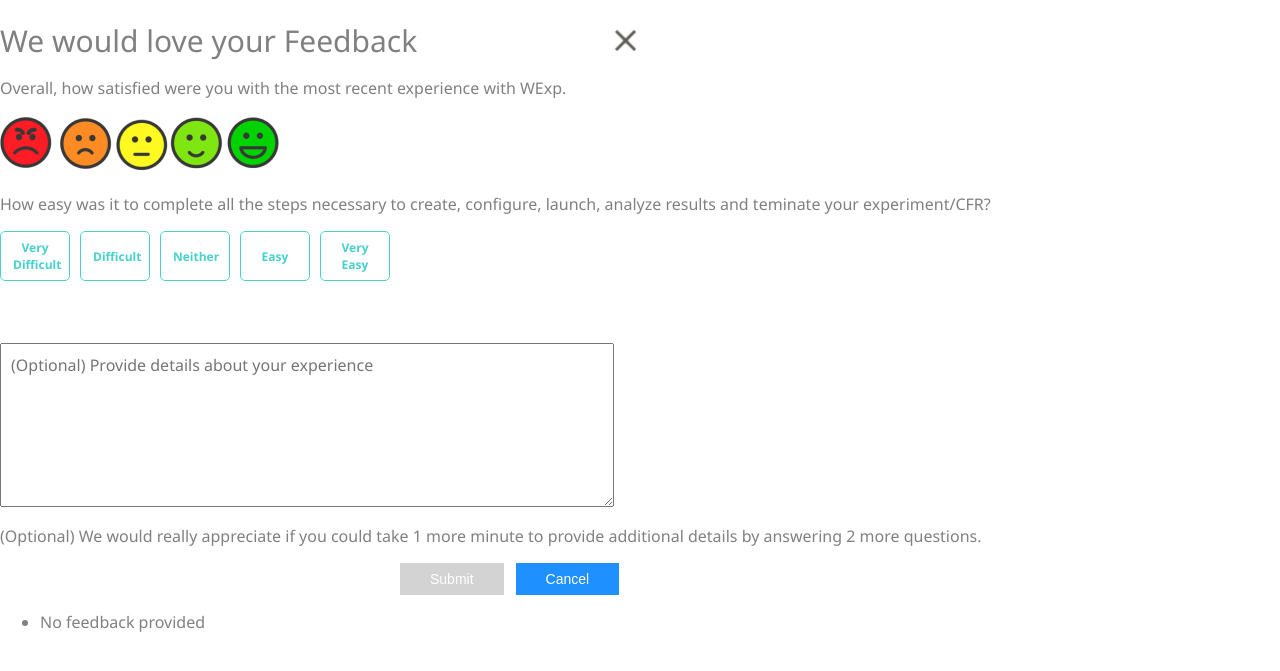
Repository: msfinnan/react-mobx-feedback-form
Page: /
An editor plug-in stored every save of this project. The page is shown before and after the next save, followed by the edit.
The browser window is 1280 px wide. The pictures show the whole page.
The project was rebuilt for these pictures with package versions that can differ from the ones it lists, and the page was loaded fresh each time.

Above is the page before, as saved 2019-08-27 09:59:58.

### src/index.tsx
import * as React from 'react';
import * as ReactDOM from 'react-dom';
import './index.css';
import App from './App';
import * as serviceWorker from './serviceWorker';

ReactDOM.render(<App inputNameFromChild=""/>, document.getElementById('root'));

// If you want your app to work offline and load faster, you can change
// unregister() to register() below. Note this comes with some pitfalls.
// Learn more about service workers: https://bit.ly/CRA-PWA
serviceWorker.unregister();

### src/App.tsx
import * as React from 'react';
import './App.css';
import './Components/BodyText';
// import BodyText from './Components/BodyText';
import { EmojiCollection } from './Components/EmojiCollection';
import { DifficultyButtonCollection } from './Components/DifficultyButtonCollection';
import { SubmissionButtonCollection } from './Components/SubmissionButtonCollection';
import { BodyText } from './Components/BodyText';
import { CommentBox } from './Components/CommentBox';
import { observer } from 'mobx-react';
import { observable } from 'mobx';


type AppProps = {
  inputNameFromChild: string
}

@observer
class App extends React.Component<AppProps, {}> {
@observable private inputNameFromChild: string
  constructor(props: AppProps){
    super(props)
    this.inputNameFromChild = ""

  }
  private feedbackText: string = "No feedback provided";

  // const closeButton = require('./images/close_button.PNG');



  private myCallBack = (dataFromChild: string): string => {
    return this.inputNameFromChild = dataFromChild
  }

  private handleSubmitEvent = (event: React.FormEvent<HTMLFormElement>): void => {
    let bodyTextInput = this.myCallBack;
    console.log(bodyTextInput)
    console.log("submission button clicked")
    this.feedbackText = (event.target as any).bodyTextInput.value;
  }

  public render() {
    return (
      <div className="app">
        <div className="top-row">
          <h1 className="header">
            We would love your Feedback
        </h1>
          <img className="close-button" src={require('./images/close_button.PNG')} alt="close button" />
        </div>

        <form>
          <BodyText text="Overall, how satisfied were you with the most recent experience with WExp." />
          <EmojiCollection />
          <BodyText text="How easy was it to complete all the steps necessary to create, configure, launch, analyze results and teminate your experiment/CFR?" />
          <DifficultyButtonCollection />
          <CommentBox text="(Optional) Provide details about your experience" callBackFromParent={this.myCallBack} commentBoxClassName="experince-details-textbox"/>
          <BodyText text="(Optional) We would really appreciate if you could take 1 more minute to provide additional details by answering 2 more questions."/>
          <SubmissionButtonCollection onClick={event => this.handleSubmitEvent(event)} />
        </form>

        <ul>
          <li>{this.feedbackText}</li>
        </ul>


      </div>
    );
  }
}

export default App;

### src/App.css
.app {
    font-family: 'Segoe UI', Tahoma, Verdana, sans-serif;
    font-weight: 500;
    color: grey;
}

.form {
    border: solid dodgerblue 2px;
    padding: 0px 20px 30px 20px;
    width: 625px;
    margin-top: 20px;
    margin-bottom: 20px;
}

.top-row {
    display: flex;
}

.header {
    font-weight: normal;
    font-size: 30px;
    margin-bottom: 0px;
}

.close-button {
    margin-left: 190px;
    margin-top: 25px;
    height: 32px;
}

.buttons-row {
    padding-bottom: 50px;
    display: flex;
}

.difficulty-button {
    color: mediumturquoise;
    background-color:white;
    border: 1px solid mediumturquoise;;
    border-radius: 5px;
    padding-left: 12px;
    padding-right: 12px;
    margin-right: 10px;
    margin-bottom: 12px;
    font-weight: 600;
    font-size: 12px;
    font-family: 'Segoe UI', Tahoma, Verdana, sans-serif;
    width: 70px;
    height: 50px;
    white-space: normal;
}

.difficulty-button-clicked {
    color: mediumturquoise;
    background-color:#E8E8E8;
    border: 1px solid mediumturquoise;;
    border-radius: 5px;
    padding-left: 12px;
    padding-right: 12px;
    margin-right: 10px;
    margin-bottom: 12px;
    font-weight: 600;
    font-size: 12px;
    font-family: 'Segoe UI', Tahoma, Verdana, sans-serif;
    width: 70px;
    height: 50px;
    white-space: normal;
}

.experince-details-textbox {
    width: 600px;
    height: 150px;
    vertical-align: top;
    padding-top: 10px;
    padding-left: 10px;
    text-align: start;
    color: gray;
    font-size: 16px;
    font-family: 'Segoe UI', Tahoma, Verdana, sans-serif;
    font-weight: 500;
    margin-bottom: 2px;
}

.submission-buttons-row {
    margin-left: 400px;
    display: flex;
}

.submit-button {
    background-color: lightgrey;
    border: none;
    color: white;
    padding: 8px 30px;
    text-align: center;
    text-decoration: none;
    font-size: 14px;
    margin-right: 12px;
}

.cancel-button {
    background-color: dodgerblue;
    border: none;
    color: white;
    padding: 8px 30px;
    text-align: center;
    text-decoration: none;
    font-size: 14px;
}

.submit-button-clicked {
    background-color: lightgreen;
    border: none;
    color: white;
    padding: 8px 30px;
    text-align: center;
    text-decoration: none;
    font-size: 14px;
    margin-right: 12px;
}

.cancel-button-clicked {
    background-color: lightcoral;
    border: none;
    color: white;
    padding: 8px 30px;
    text-align: center;
    text-decoration: none;
    font-size: 14px;
}

.emoji-border {
    border: 2px solid #E8E8E8;
}

.user-feedback {
    border: solid dodgerblue 2px;
    padding: 0px 20px 30px 20px;
    width: 625px;
    margin-top: 20px;
    margin-bottom: 20px;
    color: grey;
}

.user-feedback strong {
    font-weight: 500;
}

### src/Components/BodyText.tsx
import * as React from 'react';

export interface BodyProps {
    text: string;
}

//: React.FunctionComponent<BodyProps>

export const BodyText: React.FunctionComponent<BodyProps> = (props: BodyProps): JSX.Element => {
    return (
        <p className="grey-body-text">
            {props.text}
        </p>
    );
}

### src/Components/EmojiCollection.tsx
import * as React from 'react';
import { Emoji } from './Emoji';


export const EmojiCollection: React.FunctionComponent = (): JSX.Element => {

    const emojis: { src: string, alt: string }[] = [
        {
            src: 'images/red_emoji.PNG',
            alt: "red emoji",
        },
        {
            src: 'images/orange_emoji.PNG',
            alt: "orange emoji",
        },
        {
            src: 'images/yellow_emoji.PNG',
            alt: "yellow emoji",
        },
        {
            src: 'images/lt_green_emoji.PNG',
            alt: "light green emoji",
        },
        {
            src: 'images/dk_green_emoji.PNG',
            alt: "dark green emoji",
        },
    ];

    const emojiComponents = emojis.map((emoji, i) => {
        return (
            <Emoji key={i} src={emoji.src} alt={emoji.alt} />
        );
    });

    return (
        <div>
            { emojiComponents }
        </div>
    );

};

### src/Components/DifficultyButtonCollection.tsx
import * as React from 'react';
import { DifficultyButton } from './DifficultyButton';

export const DifficultyButtonCollection: React.FunctionComponent = (): JSX.Element => {
    const difficultyButtons: { buttonText: string }[] = [
        {
            buttonText: "Very Difficult"
        },
        {
            buttonText: "Difficult"
        },
        {
            buttonText: "Neither"
        },
        {
            buttonText: "Easy"
        },
        {
            buttonText: "Very Easy"
        },
    ];

    const difficultyButtonComponents = difficultyButtons.map((button, i) => {
        return (
            <DifficultyButton key={i} buttonText={button.buttonText} />
        )
    })
    return (
        <div className="buttons-row">
            { difficultyButtonComponents }
        </div>
    );


};

### src/Components/SubmissionButtonCollection.tsx
import * as React from 'react';
import { SubmissionButton } from './SubmissionButton';

export const SubmissionButtonCollection: React.FunctionComponent = (): JSX.Element => {
    const submissionButtons: { buttonClass: string, buttonText: string }[] = [
        {
            buttonText: "Submit",
            buttonClass: "submit-button",
        },
        {
            buttonText: "Cancel",
            buttonClass: "cancel-button",
        },
    ];

    const submissionButtonComponents = submissionButtons.map((button, i) => {
        return (
            <SubmissionButton key={i} buttonText={button.buttonText} buttonClass={button.buttonClass} />
        )
    })
    return (
        <div className="submission-buttons-row">
            { submissionButtonComponents }
        </div>
    );


};

### src/Components/CommentBox.tsx
import * as React from 'react';
import { observer } from 'mobx-react';
import { observable } from 'mobx';

type CommentBoxProps = {
    text: string
    commentBoxClassName: string
    callBackFromParent: (paramenter: string | undefined) => string
    // name: string
}

// type CommentBoxState = {
//     isValidText: boolean
// }
@observer
export class CommentBox extends React.Component<CommentBoxProps, {}> {
    @observable public textAreaInputName: string;

    constructor(props: CommentBoxProps){
        super(props);
        this.textAreaInputName = "textAreaInput"

    }

    onTextInput = (event: React.FormEvent<HTMLTextAreaElement>) => {
        const letterNumber = /^[a-zA-Z0-9',.!? ]*$/;

        if (!event.currentTarget.value.match(letterNumber)){
            alert("Symbols not allowed");
            // this.setState({ isValidText: false })
        }
    }


    render() {
        return (
            <textarea
                className={ this.props.commentBoxClassName } //could do something with isValidText for conditional formatting here
                onChange={ this.onTextInput }
                placeholder={ this.props.text }
                name={this.textAreaInputName}></textarea>
        );
    }
}

### src/Components/Emoji.tsx
import * as React from 'react';
import { observer } from 'mobx-react';
import { observable } from 'mobx';


type EmojiProps = {
    src: string;
    alt: string;
}

// type EmojiState = {
//     buttonClicked: boolean;
// }

@observer
export class Emoji extends React.Component<EmojiProps, {}> {
    @observable private buttonClicked: boolean;
    constructor(props: EmojiProps) {
        super(props);

        this.buttonClicked = false;

    }

    private onButtonClick = (): void => {
        // this.setState({ buttonClicked: !this.state.buttonClicked })
        this.buttonClicked = !this.buttonClicked;
    }

    public render(): JSX.Element {
        return (
            <img
                src={ this.props.src }
                className={ this.buttonClicked ? "emoji-border" : undefined }
                alt={ this.props.alt }
                onClick={ this.onButtonClick }>
            </img>
        );
    }
}

### src/Components/DifficultyButton.tsx
import * as React from 'react';
import { observer } from 'mobx-react'
import { observable } from 'mobx';

//ok to use type or interface?
type DifficultyButtonProps = {
    buttonText: string;
}

// type DifficultyButtonState = {
//     buttonClicked: boolean;
// }

@observer
export class DifficultyButton extends React.Component<DifficultyButtonProps, {}> {
    @observable private buttonClicked: boolean;

    constructor(props: DifficultyButtonProps) {
        super(props);
        this.buttonClicked = false;
    }

    private onButtonClick = (): void => {
        // const newState: DifficultyButtonState ={ buttonClicked: !this.state.buttonClicked };
        // this.setState(newState)
        this.buttonClicked = !this.buttonClicked
    };


    public render(): JSX.Element {
        return (
            <button
                className={this.buttonClicked ? "difficulty-button-clicked": "difficulty-button" }
                type="button"
                onClick={ this.onButtonClick }>
                { this.props.buttonText }
            </button>
        );
    }
}

### src/Components/SubmissionButton.tsx
import * as React from 'react';
import { observable } from 'mobx';
import { observer } from 'mobx-react';

type SubmissionButtonProps = {
    buttonText: string;
    buttonClass: string;
}

// type SubmissionButtonState = {
//     buttonClicked: boolean;
// }

@observer
export class SubmissionButton extends React.Component<SubmissionButtonProps, {}> {
    @observable private buttonClicked: boolean;

    constructor(props: SubmissionButtonProps) {
        super(props);
        this.buttonClicked = false;
        // this.state = {
        //     buttonClicked: false
        // }
    }

    private onButtonClick = (): void => {
        // this.setState({ buttonClicked: !this.state.buttonClicked })
        this.buttonClicked = !this.buttonClicked
    }

    public render(): JSX.Element {
        return (
            <button
                type="button"
                className={ this.buttonClicked ? this.props.buttonClass + "-clicked" : this.props.buttonClass }
                onClick={ this.onButtonClick }>
                { this.props.buttonText }
            </button>

        );
    }
}

Loaded but not shown: public/index.html (common file); src/index.css (common file); src/serviceWorker.js (common file)

After the next save:
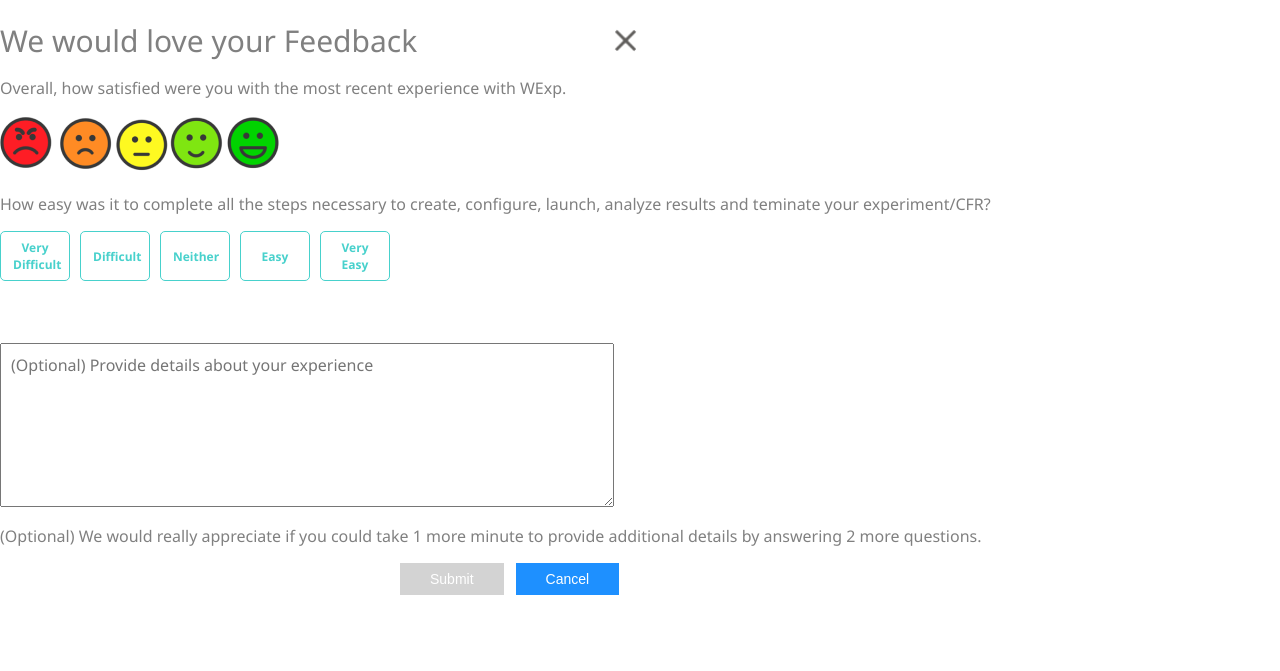
Saved 3 s later.
--- a/src/App.tsx
+++ b/src/App.tsx
@@ -11,34 +11,13 @@ import { observer } from 'mobx-react';
 import { observable } from 'mobx';
 
 
-type AppProps = {
-  inputNameFromChild: string
-}
 
-@observer
-class App extends React.Component<AppProps, {}> {
-@observable private inputNameFromChild: string
-  constructor(props: AppProps){
-    super(props)
-    this.inputNameFromChild = ""
 
-  }
+
+class App extends React.Component<{}, {}> {
   private feedbackText: string = "No feedback provided";
 
   // const closeButton = require('./images/close_button.PNG');
-
-
-
-  private myCallBack = (dataFromChild: string): string => {
-    return this.inputNameFromChild = dataFromChild
-  }
-
-  private handleSubmitEvent = (event: React.FormEvent<HTMLFormElement>): void => {
-    let bodyTextInput = this.myCallBack;
-    console.log(bodyTextInput)
-    console.log("submission button clicked")
-    this.feedbackText = (event.target as any).bodyTextInput.value;
-  }
 
   public render() {
     return (
@@ -50,19 +29,14 @@ class App extends React.Component<AppProps, {}> {
           <img className="close-button" src={require('./images/close_button.PNG')} alt="close button" />
         </div>
 
-        <form>
           <BodyText text="Overall, how satisfied were you with the most recent experience with WExp." />
           <EmojiCollection />
           <BodyText text="How easy was it to complete all the steps necessary to create, configure, launch, analyze results and teminate your experiment/CFR?" />
           <DifficultyButtonCollection />
-          <CommentBox text="(Optional) Provide details about your experience" callBackFromParent={this.myCallBack} commentBoxClassName="experince-details-textbox"/>
+          <CommentBox text="(Optional) Provide details about your experience" commentBoxClassName="experince-details-textbox"/>
           <BodyText text="(Optional) We would really appreciate if you could take 1 more minute to provide additional details by answering 2 more questions."/>
-          <SubmissionButtonCollection onClick={event => this.handleSubmitEvent(event)} />
-        </form>
+          <SubmissionButtonCollection />
 
-        <ul>
-          <li>{this.feedbackText}</li>
-        </ul>
 
 
       </div>
